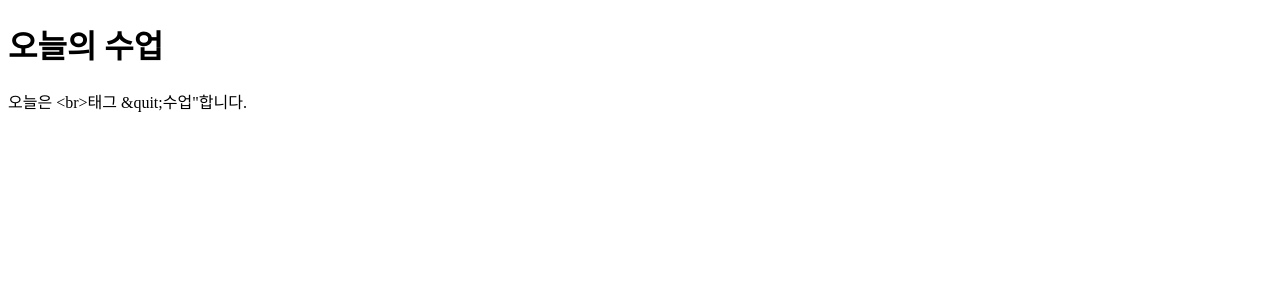
Repository: Chun0903/classStudy_github.io
Page: client/ClientTest/WebContent/ex03_basic.html
The author's editor kept a copy of each file at every save. The page is drawn from the files as they stood at one save, then again after the next save.
The browser window is 1280 px wide. The pictures show the whole page.

Above is the page before, as saved 2020-06-18 06:22:20.

### client/ClientTest/WebContent/ex03_basic.html
<!DOCTYPE html>
<html>
<head>
<meta charset="UTF-8">
<title>Insert title here</title>
</head>
<body>

	<!--

		클라이언트 측 프로그래밍, Client-side Programming
		프론트엔드 프로그래밍, Front-end Programming
		- 브라우저에서 동작하는 언어(기술)
		1. HTML
			- 역할 :출력 내용을 만든다.
		2. CSS
			- 역할: 1번 결과물 + 서식을 적용한다.
		3. JavaScript
			- 역할: 1번 or 2번 결과물 + 프로그램을 적용한다.

		서버 측 프로그래밍, Server-side Programming
		백엔드 프로그래밍, Back-end Programming
		1. 자바
		2. 오라클
		3. JDBC
		4. Servlet/JSP/Spring/MyBatis

		풀스택 개발자(Full Stack 개발자)

		HTML 구성 요소
		1. 태그(Tag), 엘리먼트(Element)
			- 예약어를 <>로 묶어 놓은 요소
			- HTML 명령어
			- 문서의 골격 형성 (요소 배치 + 레이아웃)
				a. 의미상 골격
				b. 출력상 골격
			A. 태그의 표현 형식
				a. <태그명></태그명>
					- <태그명> : 시작 태그
					- </태그명> : 끝 태그
					- 자신의 영역을 가진다.({} 역할)
				b. <태그명> or <태그명 />
					- 빈태그,단독태그, Empty Element, Empty Tag
					- 자신의 영역을 가지지 않는다.

			B. 태그 내용의 형식, Content Type
			 	- <시작태그>내용물</끝태그>
			 	- a. 자식태그
			 		- 또 다른 태그만 내용물로 가질 수 있다.
			 		- <a>
			 			<b>
			 			</b>
			 		  </a>
					 ex) <html>

			 	- b. PCDATA(=문자열)
			 		- <시작태그>문자열</끝태그>
			 		- 문자열만 가질 수 있다.
			 		- 자식 태그는 가질 수 없다.
			 		ex) <title>

			 	- c. Empty
			 		- 아무것도 가질 수 없다.
			 		- <시작태그></끝태그>
			 		- 단독태그, 빈태그

			 	- d. Mixed
					- a + b + c 자유롭게 가질 수 있다.
					- HTML의 태그는 이 타입이 가장 많다.
					ex) <body>

		2. 속성(Attribute)
			- 태그의 성질을 정의하는 역할
			- 태그가 가지는 데이터의 한 종류
			- 속성이 가지느 데이터(CDATA)
			- 표기법
				a. <시작태그 속성명="값"></시작태그>
				b. <시작태그 속성명 ='갑'></시작태그>
				c. <시작태그 속성명=값></시작태그> //사용 금지!
					<시작태그 속성명="a">
					<시작태그 속성명="b">
					<시작태그 속성명="a b">
				d. <시작태그 속성명="값" 속성명="값" 속성명="값"></시작태그>
				e. <단독태그 속성명="값"></시작태그>
				f. <단독태그 속성명 ='갑'></시작태그>

		3. 텍스트(PCDATA, Parsed Character Data)
			- 태그가 가지는 데이터의 한 종류
			- 역할: 화면에 출력되는 데이터

		4. 엔티티(Entity)
			- 미리 정해져있는 표기법을 사용해서 브라우저가 약속된 출력 내용으로 바꿔서 출력하는 구성요소
			- Built-in Entity
			- &엔티티명;
			- &nbsp; > 공백
			- &lt;
			- &gt;
			- &quot;
			- &apos;
			- &amp;

		5. 주석(Comment)
		6. 선언문(Declaration)
		7. 외부 요쇼
		8. 등등

	-->

	<h1>오늘의 수업</h1>

	<p>오늘은 &lt;br&gt;태그 &quit;수업"합니다.</p>

</body>
</html>

After the next save:
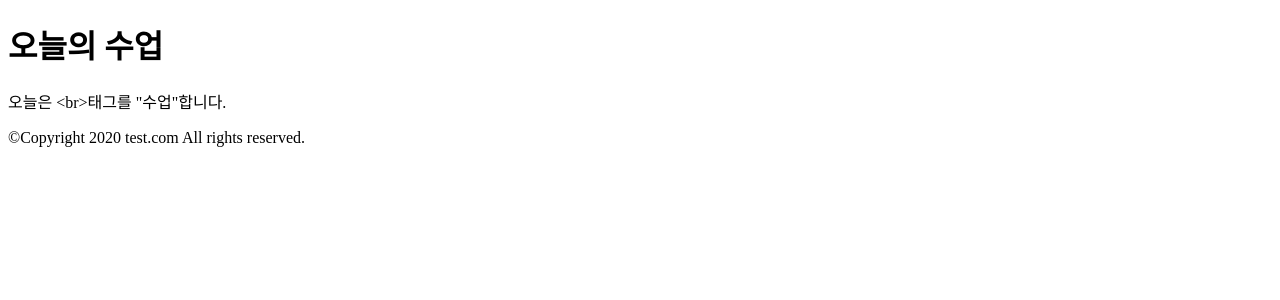
Saved 110 s later.
--- a/client/ClientTest/WebContent/ex03_basic.html
+++ b/client/ClientTest/WebContent/ex03_basic.html
@@ -108,7 +108,9 @@
 
 	<h1>오늘의 수업</h1>
 
-	<p>오늘은 &lt;br&gt;태그 &quit;수업"합니다.</p>
+	<p>오늘은 &lt;br&gt;태그를  &quot;수업"합니다.</p>
+
+	<p>&copy;Copyright 2020 test.com All rights reserved.</p>
 
 </body>
 </html>
